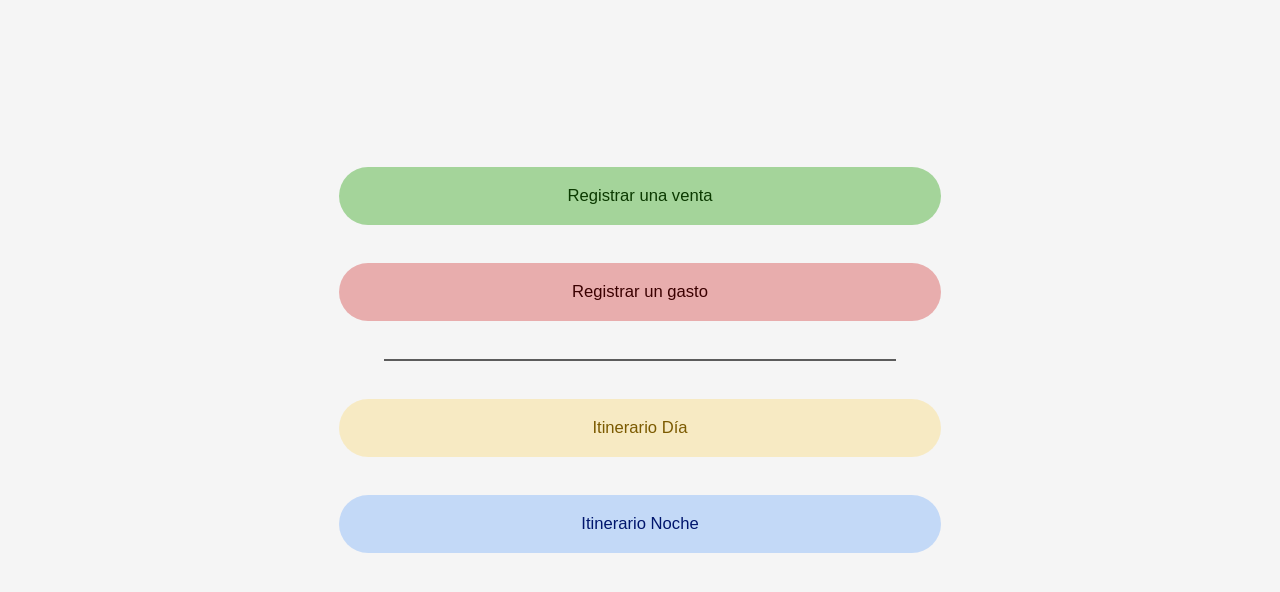
Repository: aCoupon0/intranet
Page: index.html
These files come from the project's save history. The page is drawn as it stood at one moment and after the next save; the edit follows.
The browser window is 1280 px wide. The pictures show the whole page.

Above is the page before, as saved 2024-11-29 11:56:43.

### index.html
<!DOCTYPE html>
<html lang="es">
<head>
    <meta charset="UTF-8">
    <meta name="viewport" content="width=device-width, initial-scale=1.0">
    <title>Intranet DermaBox</title>
    <link rel="stylesheet" href="css/main.css">
</head>
<body>
    <button class="venta">Registrar una venta</button>
    <button class="gasto">Registrar un gasto</button>
    <div class="separador"></div>
    <button class="dia">Itinerario Día</button>
    <button class="noche">Itinerario Noche</button>
</body>
</html>

### css/main.css
/* main.css */
body {
    font-family: 'Roboto', system-ui, -apple-system, BlinkMacSystemFont, 'Segoe UI', sans-serif;
    margin: 0;
    padding: 0;
    display: flex;
    justify-content: center;
    align-items: center;
    height: 100vh;
    flex-direction: column;
    background-color: #f5f5f5;
    color: #333;
    gap: 3vw;
}
h1 {
    font-size: 2rem;
}

button {
    width: 47%;
    height: 8vh;
    border: none;
    border-radius: 10vw;
    font-size: 1.3vw;
}

button:hover {
    background-color: rgba(0, 0, 0, 0.48);
    color: white;
}

.separador {
    width: 40%;
    height: 2px;
    background-color: #5c5c5c;
    border: 5vw;
}

.venta {
    background-color: rgba(28, 155, 0, 0.372);
    color: rgb(11, 58, 0);
}

.gasto {
    background-color: rgba(202, 0, 0, 0.294);
    color: rgb(58, 0, 0);
}

.dia {
    background-color: rgba(255, 192, 1, 0.203);
    color: rgb(123, 90, 0);
}

.noche {
    background-color: rgba(1, 107, 255, 0.203);
    color: rgb(0, 22, 109);
}

After the next save:
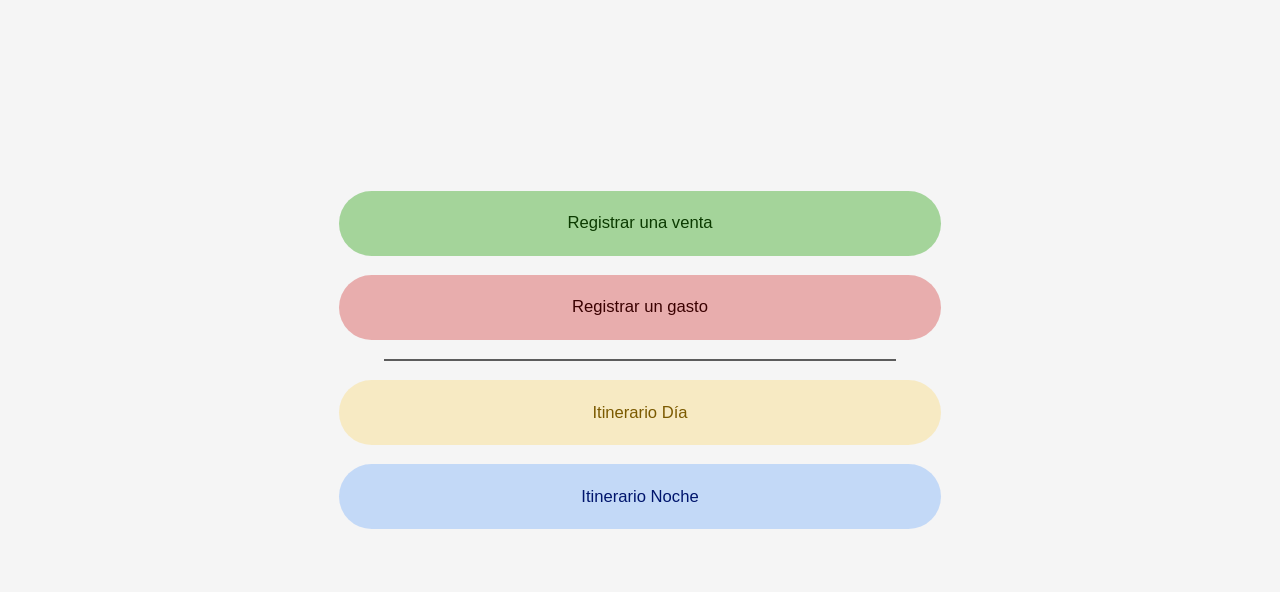
Saved 55 s later.
--- a/css/main.css
+++ b/css/main.css
@@ -10,7 +10,7 @@
     flex-direction: column;
     background-color: #f5f5f5;
     color: #333;
-    gap: 3vw;
+    gap: 1.5vw;
 }
 h1 {
     font-size: 2rem;
@@ -18,7 +18,7 @@
 
 button {
     width: 47%;
-    height: 8vh;
+    height: 9vh;
     border: none;
     border-radius: 10vw;
     font-size: 1.3vw;
